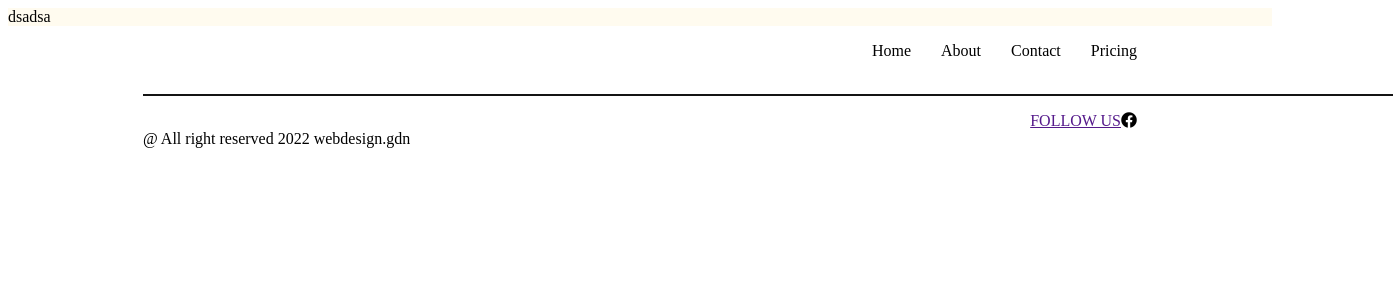
Repository: ngocphuocha/4lifeteam-marketing-agency
Page: index.html
These files come from the project's save history. The page is drawn as it stood at one moment and after the next save; the edit follows.
The browser window is 1280 px wide. The page is 1393 px wide, so the pictures cover 1393 px, including what lies to the right of the window. The pictures show the whole page.

Above is the page before, as saved 2023-03-13 15:21:51.

After the next save:
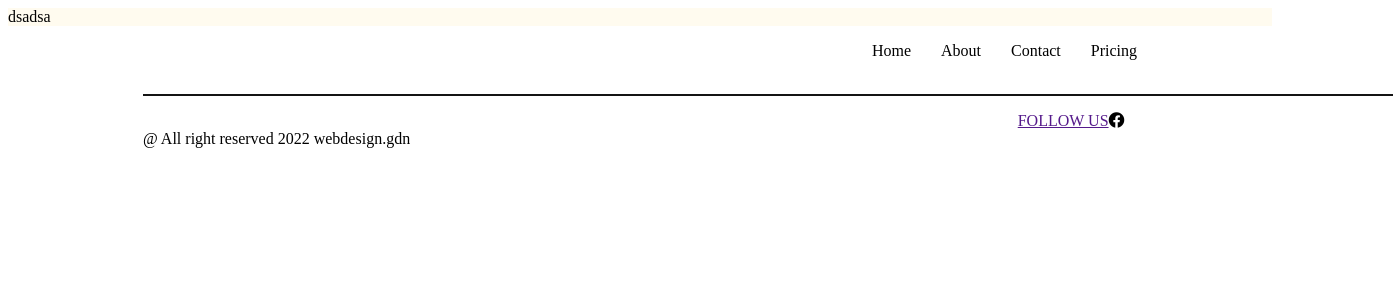
Saved 31 s later.
--- a/index.html
+++ b/index.html
@@ -52,7 +52,7 @@
                 <i class="fab fa-facebook"></i>
               </li>
               <li>
-                <a href=""></a>
+                <i class="fa-brands fa-invision"></i>
               </li>
               <li>
                 <a href=""></a>
